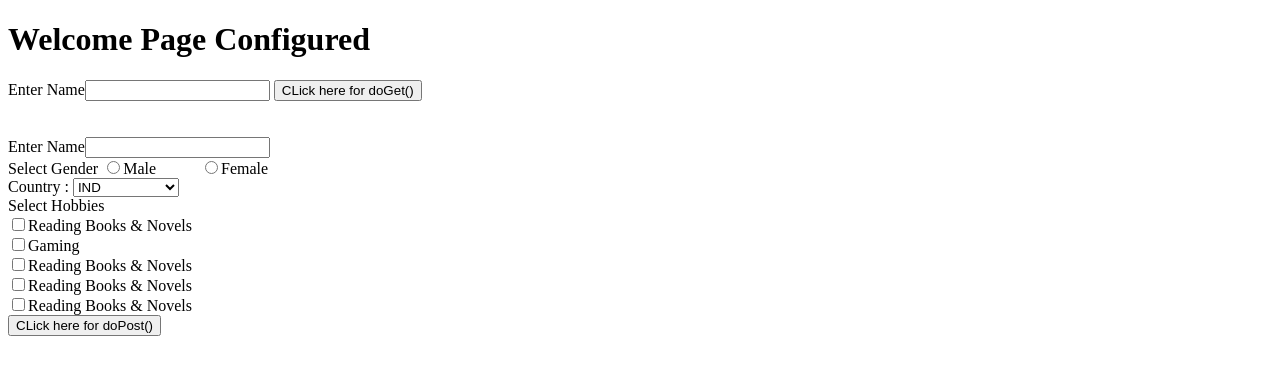
Repository: vinayingalahalli/java_batch1_revature
Page: revature_java/my_servlet_app/WebContent/myHome.html
An editor plug-in stored every save of this project. The page is shown before and after the next save, followed by the edit.
The browser window is 1280 px wide. The pictures show the whole page.

Above is the page before, as saved 2019-09-10 19:04:00.

After the next save:
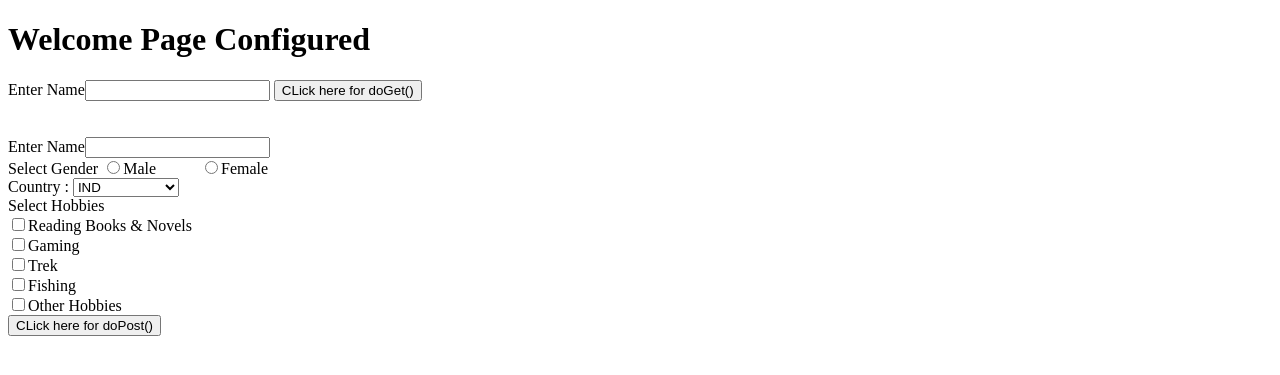
Saved 51 s later.
--- a/revature_java/my_servlet_app/WebContent/myHome.html
+++ b/revature_java/my_servlet_app/WebContent/myHome.html
@@ -24,9 +24,9 @@ Country : <select name="country">
 Select Hobbies<br/>
 <input type="checkbox" name="hobby" value="Reading">Reading Books & Novels<br/>
 <input type="checkbox" name="hobby" value="Gaming">Gaming<br/>
-<input type="checkbox" name="hobby" value="Reading">Reading Books & Novels<br/>
-<input type="checkbox" name="hobby" value="Reading">Reading Books & Novels<br/>
-<input type="checkbox" name="hobby" value="Reading">Reading Books & Novels<br/>
+<input type="checkbox" name="hobby" value="Trekking">Trek<br/>
+<input type="checkbox" name="hobby" value="Fishing">Fishing<br/>
+<input type="checkbox" name="hobby" value="Others">Other Hobbies<br/>
 		<input type="submit" value="CLick here for doPost()">
 	</form>
 </body>
